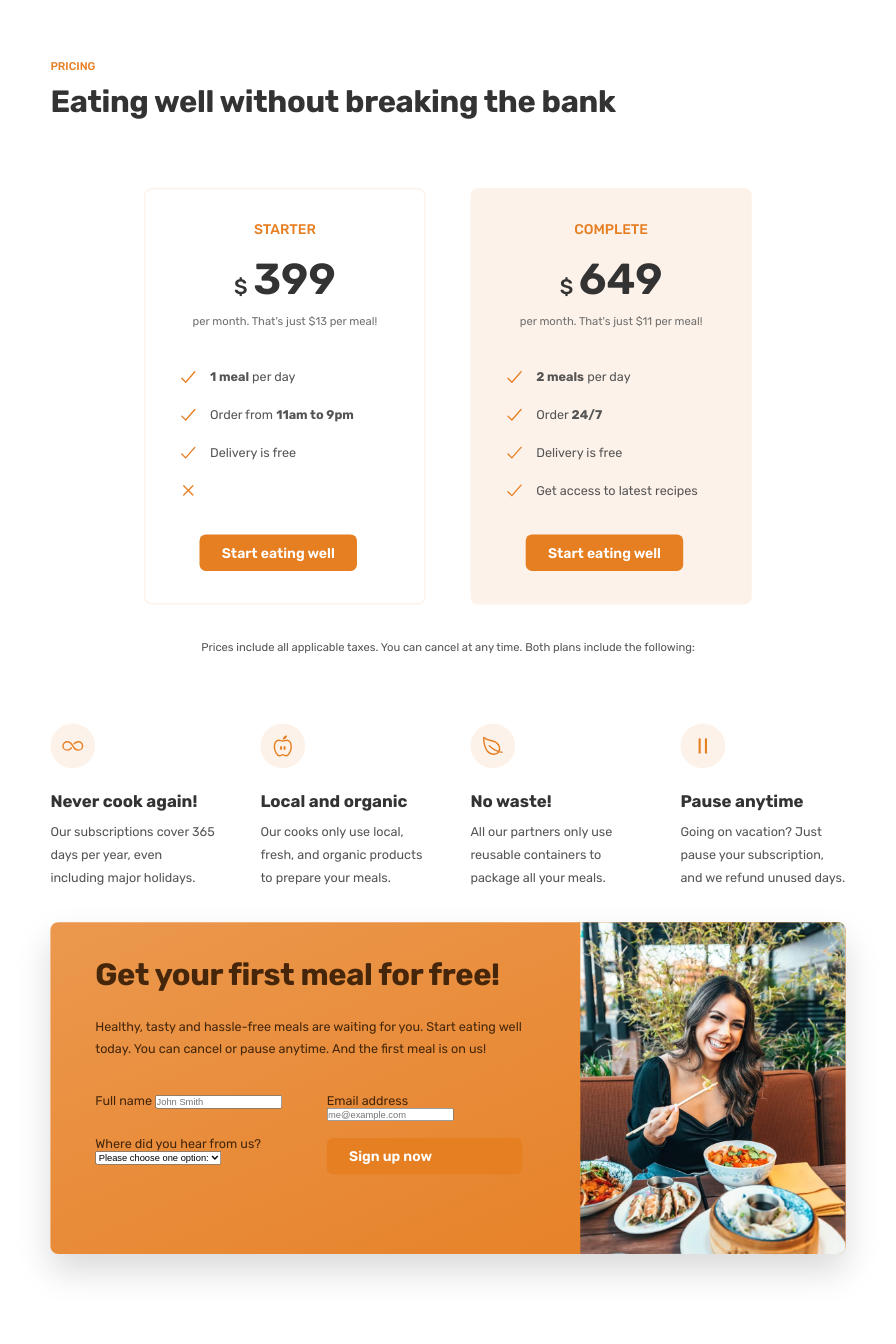
Repository: longvuht/omnifood-vu-nl
Page: index.html
An editor plug-in stored every save of this project. The page is shown before and after the next save, followed by the edit.
The browser window is 1280 px wide. The pictures show the part of the page from y = 4521 to 6441 px (the page is 6441 px tall), at 70% of full size.
The style sheet was rebuilt from its Sass, Less or Tailwind sources for each picture, by a compiler version that may differ from the author's.

Above is the page before, as saved 2022-09-20 18:43:01.

After the next save:
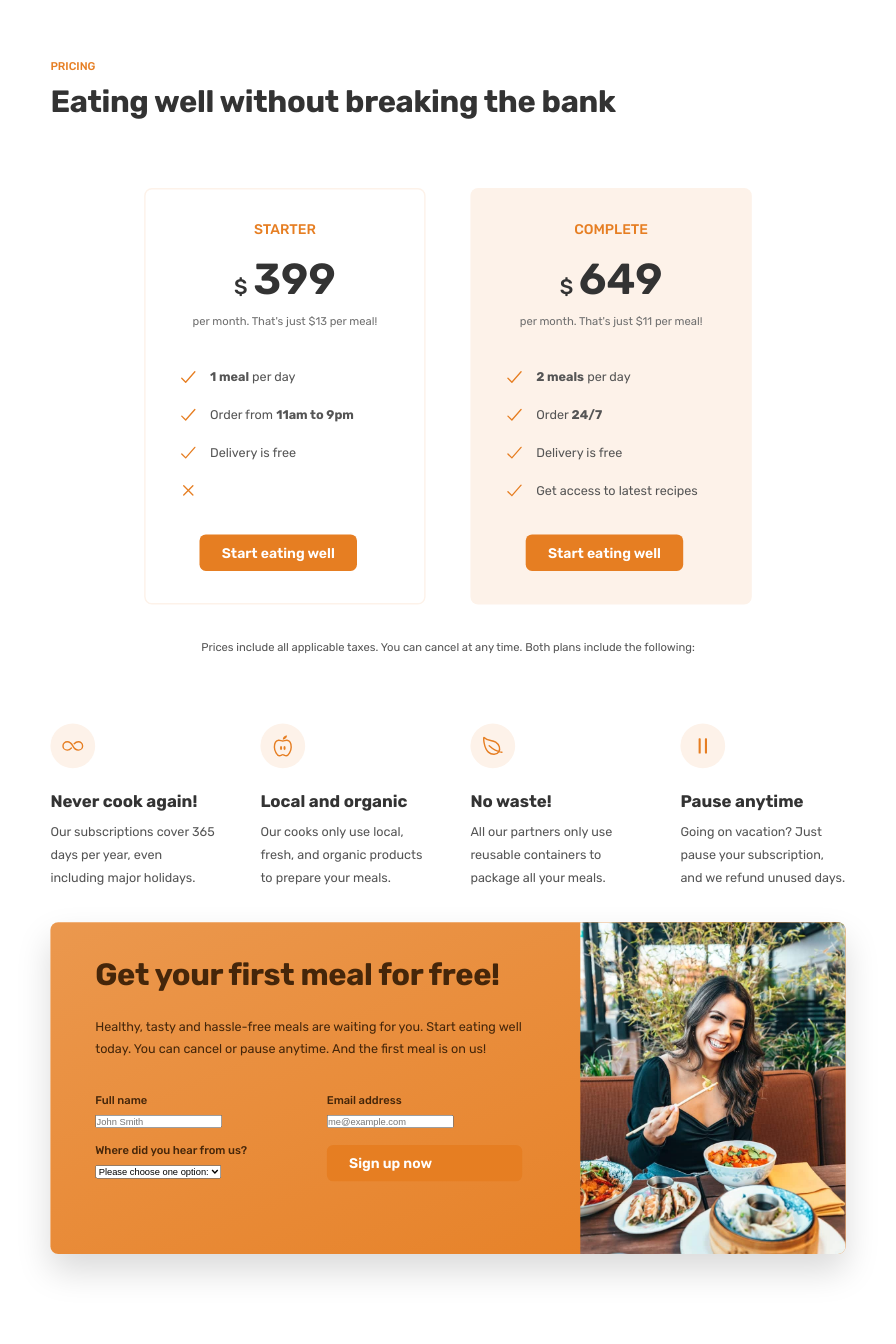
Saved 54 s later.
--- a/sass/_cta.scss
+++ b/sass/_cta.scss
@@ -27,5 +27,11 @@
     display: grid;
     grid-template-columns: 1fr 1fr;
     gap: 2.4rem 3.2rem;
+    label {
+      display: block;
+      font-size: 1.6rem;
+      font-weight: 500;
+      margin-bottom: 1.2rem;
+    }
   }
 }
